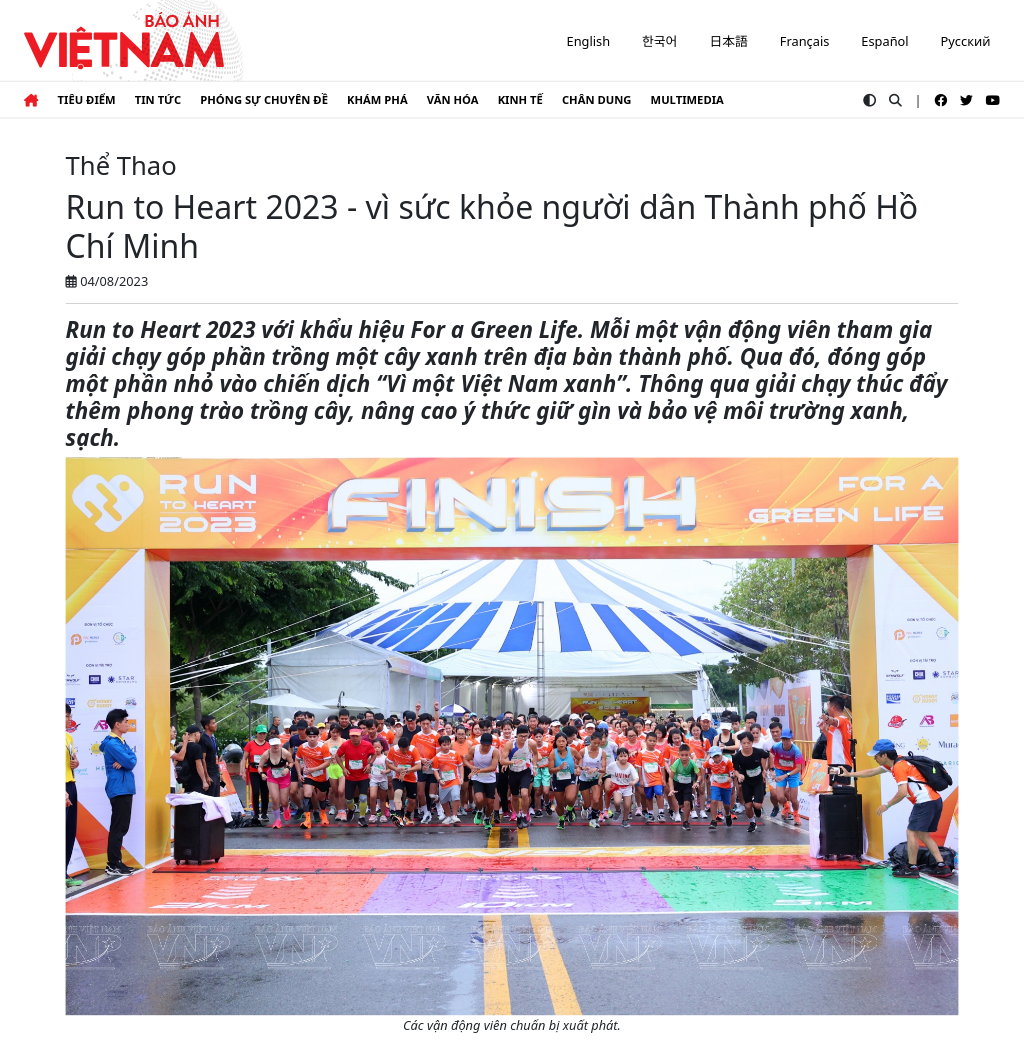
Repository: kietdotshp/webtintuc
Page: Detail.html
The author's editor kept a copy of each file at every save. The page is drawn from the files as they stood at one save, then again after the next save.
The browser window is 1280 px wide. The pictures show the whole page, at 80% of full size.
Some web libraries are served in a nearby version.

Above is the page before, as saved 2023-08-10 16:23:49.

### Detail.html
<!DOCTYPE html>
<html lang="en">

<head>
    <title></title>
    <meta charset="UTF-8">
    <meta name="viewport" content="width=device-width, initial-scale=1">
    <link href="assets/css/detail.css" rel="stylesheet">
    <link href="https://cdn.jsdelivr.net/npm/bootstrap@5.3.1/dist/css/bootstrap.min.css" rel="stylesheet"
        integrity="sha384-4bw+/aepP/YC94hEpVNVgiZdgIC5+VKNBQNGCHeKRQN+PtmoHDEXuppvnDJzQIu9" crossorigin="anonymous">
    <link href="https://cdn.jsdelivr.net/npm/bootstrap@5.3.1/dist/css/bootstrap.min.css" rel="stylesheet"
        integrity="sha384-4bw+/aepP/YC94hEpVNVgiZdgIC5+VKNBQNGCHeKRQN+PtmoHDEXuppvnDJzQIu9" crossorigin="anonymous" />
    <script src="https://cdn.jsdelivr.net/npm/bootstrap@5.3.1/dist/js/bootstrap.bundle.min.js"></script>
    <script src="https://kit.fontawesome.com/a076d05399.js"></script>
    <link rel="stylesheet" href="https://cdnjs.cloudflare.com/ajax/libs/font-awesome/6.4.2/css/all.min.css"
        integrity="sha512-z3gLpd7yknf1YoNbCzqRKc4qyor8gaKU1qmn+CShxbuBusANI9QpRohGBreCFkKxLhei6S9CQXFEbbKuqLg0DA=="
        crossorigin="anonymous" referrerpolicy="no-referrer" />

    <link rel="stylesheet" href="https://cdnjs.cloudflare.com/ajax/libs/font-awesome/4.7.0/css/font-awesome.min.css" />
</head>

<header>
    <div class="container-custom">
        <section class="d-flex align-items-center justify-content-between">
            <!-- Web logo -->
            <figure class="web-logo">
                <img src="./assets/images/logo-vi.svg" alt="Logo" class="img-contain" />
            </figure>

            <div class="d-none d-lg-flex align-items-center gap-3">
                <a href="javascript:void(0)" class="choose-lang">English</a>
                <a href="javascript:void(0)" class="choose-lang">한국어</a>
                <a href="javascript:void(0)" class="choose-lang">日本語</a>
                <a href="javascript:void(0)" class="choose-lang">Français</a>
                <a href="javascript:void(0)" class="choose-lang">Español</a>
                <a href="javascript:void(0)" class="choose-lang">Русский</a>
            </div>

            <a class="mobile-menu d-lg-none" href="javascript:void(0)">
                <i class="fa-solid fa-bars-staggered fs-2"></i>
            </a>
        </section>
    </div>

    <div class="line-seperate-horizontal"></div>

    <div class="container-custom">
        <section class="d-flex align-items-center justify-content-between py-3 py-lg-0">
            <div class="d-flex align-items-center gap-4 gap-xxl-5">
                <a href="javascript:void(0)">
                    <i class="fa-solid fa-house-chimney color-primary"></i>
                </a>

                <div class="d-none d-lg-flex align-items-center gap-4 gap-xxl-5">
                    <a href="javascript:void(0)" class="menu-item">Tiêu điểm</a>
                    <a href="javascript:void(0)" class="menu-item">Tin tức</a>
                    <a href="javascript:void(0)" class="menu-item">Phóng sự chuyên đề</a>
                    <a href="javascript:void(0)" class="menu-item">Khám phá</a>
                    <a href="javascript:void(0)" class="menu-item">Văn hóa</a>
                    <a href="javascript:void(0)" class="menu-item">Kinh tế</a>
                    <a href="javascript:void(0)" class="menu-item">Chân dung</a>
                    <a href="javascript:void(0)" class="menu-item">Multimedia</a>
                </div>
            </div>

            <div class="d-flex align-items-center gap-3">
                <div class="d-flex align-items-center gap-3">
                    <div class="cursor-pointer">
                        <i class="fa-solid fa-circle-half-stroke"></i>
                    </div>
                    <div class="cursor-pointer">
                        <i class="fa-solid fa-magnifying-glass"></i>
                    </div>
                </div>

                <div class="d-lg-none d-xl-block">|</div>

                <div class="d-lg-none d-xl-flex align-items-center gap-3">
                    <a href="javascript:void(0)">
                        <i class="fa-brands fa-facebook-f"></i>
                    </a>
                    <a href="javascript:void(0)">
                        <i class="fa-brands fa-twitter"></i>
                    </a>
                    <a href="javascript:void(0)">
                        <i class="fa-brands fa-youtube"></i>
                    </a>
                </div>
            </div>
        </section>
    </div>
</header>
<div class="line-seperate-horizontal"></div>

<body>
    <div class="container">
        <div class="detailmenu">
            <h2>
                <link href="#" target="kiểu mở liên kết">Thể Thao</link>
            </h2>
            <h1>Run to Heart 2023 - vì sức khỏe người dân Thành phố Hồ Chí Minh</h1>
            <div class="timeline">
                <time>
                    <i class="fa-regular fa-calendar"></i>
                    04/08/2023
                </time>
            </div>
            <hr />
        </div>
        <div>
            <h3>
                <span class="title">Run to Heart 2023 với khẩu hiệu For a Green Life.
                    Mỗi một vận động viên tham gia giải chạy góp phần trồng một cây xanh trên địa bàn thành phố.
                    Qua đó, đóng góp một phần nhỏ vào chiến dịch “Vì một Việt Nam xanh”. Thông qua giải chạy thúc đẩy
                    thêm phong trào trồng cây, nâng cao ý thức giữ gìn và bảo vệ môi trường xanh, sạch.
                </span>
            </h3>
            <img src="assets/images/detail1.jpg">
            <p style="color:darkbluel;text-align:center;font-style:italic;">Các vận động viên chuẩn bị xuất phát.
            </p>
            <div class="content1">
                <sp
            </div>
        </div>

    </div>
</body>

</html>

### assets/css/detail.css
:root {
    --main-color: #333;
    --main-red-color: #ed1c24;
    --main-white-color: #fff;
    --main-blue-color-1: #b8dcf3;
    --main-blue-color-2: #467491;
    --main-grey-color-1: #666;
    --main-grey-color-2: #888;
    --main-grey-color-3: #f0f0f0;
    --main-border-color: #e0e0e0;
  }

  /* Common */
  .body {
    display: flex;
    flex-direction: column;
    min-height: 100vh;
    font-size: 16px;
    color: var(--main-color);
    font-family: 'Roboto-Regular', sans-serif;
  }

  .img-cover {
    width: 100%;
    height: 100%;
    object-fit: cover;
  }

  .img-contain {
    width: 100%;
    height: 100%;
    object-fit: contain;
  }

  img {
    max-width: 100%;
    max-height: 100%;
  }

  a {
    text-decoration: none !important;
    color: initial !important;
  }

  .color-primary {
    color: var(--main-red-color);
  }

  .cursor-pointer {
    cursor: pointer;
  }

  .container-custom {
    max-width: 1400px;
    padding-inline: 15px;
    margin: 0 auto;

    @media (min-width: 768px) {
      padding-inline: 30px;
    }
  }

  .text-line-clamp-2 {
    display: -webkit-box;
    -webkit-line-clamp: 2;
    -webkit-box-orient: vertical;
    overflow: hidden;
  }

  .text-line-clamp-3 {
    display: -webkit-box;
    -webkit-line-clamp: 3;
    -webkit-box-orient: vertical;
    overflow: hidden;
  }

  .image-padding-top {
    position: relative;
    padding-top: 56.25%;
  }

  /* Header css */
  .web-logo {
    position: relative;
    padding-block: 14px;
    margin-bottom: 0;
    width: 150px;

    @media (min-width: 992px) {
      width: 250px;
    }
  }

  .web-logo::after {
    content: '';
    background: url('../images/earth-digital.svg') no-repeat;
    width: 100%;
    height: 100%;
    opacity: 0.2;
    position: absolute;
    right: -60px;
    top: 0;
  }

  .choose-lang {
    border-radius: 9999px;
    padding: 6px 12px;
  }

  .choose-lang:hover {
    background-color: var(--main-border-color);
  }

  .line-seperate-horizontal {
    width: 100%;
    height: 1px;
    background-color: #e0e0e0;
  }

  .line-seperate-vertical {
    width: 1px;
    height: 100%;
    background-color: #e0e0e0;
    margin: 0 auto;
  }

  .menu-item {
    text-transform: uppercase;
    font-weight: 700;
    font-size: 14px;
    position: relative;
    padding-block: 12px;
    white-space: nowrap;
  }

  .menu-item::before {
    content: '';
    position: absolute;
    top: -1px;
    left: 50%;
    right: 50%;
    transform: translate(-50%, 0);
    width: 0;
    height: 2px;
    background: var(--main-red-color);
    transition: all 0.2s linear;
  }

  .menu-item:hover:before {
    width: 100%;
  }

  /* Carousel */
  .carousel-item {
    position: absolute !important;
    top: 0;
    left: 0;
    width: 100%;
    height: 100%;
  }

  .carousel-control-next,
  .carousel-control-prev {
    width: 10% !important;
  }

  .carousel-control-prev,
  .carousel-control-next {
    opacity: 0 !important;
  }

  .carousel:hover .carousel-control-prev,
  .carousel:hover .carousel-control-next {
    transition: all 0.3s linear;
    opacity: 1 !important;
  }

  /* Main */
  .content {
    border: 1px solid var(--main-border-color);
    padding: 20px;
  }

  .content-spacing {
    margin-block: 40px;
  }

  .content-title {
    display: inline-block;
    color: var(--main-red-color);
    line-height: 26px;
    font-size: 26px;
    font-weight: 600;
    margin-bottom: 20px;
  }

  .article-title {
    font-size: 22px;
    font-weight: 600;
  }

  .article-title.sub {
    font-size: 16px;
  }

  .article-category {
    text-transform: uppercase;
    font-size: 12px;
    color: var(--main-grey-color-2);
  }

  .content-ul-list {
    padding-left: 20px;
    margin-bottom: 0;
    max-height: 480px;
    overflow: auto;
  }

  .content-ul-list li::marker {
    color: var(--main-red-color);
  }

  /* Spacing */
  .mb-10px {
    margin-bottom: 10px;
  }

  .max-w-40px {
    max-width: 40px !important;
  }
  .h2{
    color: var(--main-red-color);
  }
  .detailmenu{
    margin-top: 40px;
  }
  .title{
    font-weight: 700;
    font-style:italic;
  }
  .content1{
    font-size: 1.5rem;
    line-height: 1.5;
    margin: 20px auto;
  }

After the next save:
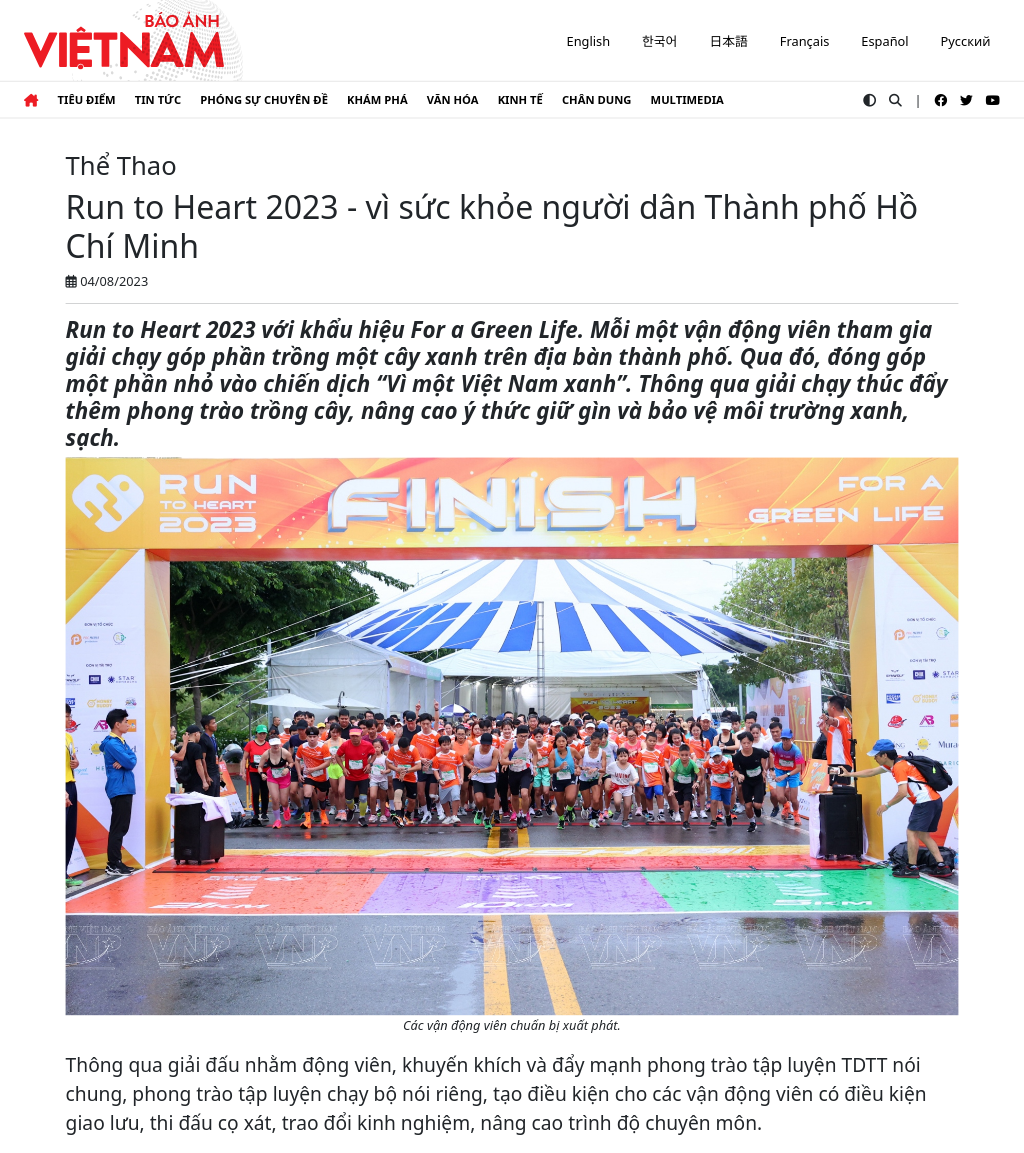
Saved 5 s later.
--- a/Detail.html
+++ b/Detail.html
@@ -119,7 +119,7 @@
             <p style="color:darkbluel;text-align:center;font-style:italic;">Các vận động viên chuẩn bị xuất phát.
             </p>
             <div class="content1">
-                <sp
+                <span>Thông qua giải đấu nhằm động viên, khuyến khích và đẩy mạnh phong trào tập luyện TDTT nói chung, phong trào tập luyện chạy bộ nói riêng, tạo điều kiện cho các vận động viên có điều kiện giao lưu, thi đấu cọ xát, trao đổi kinh nghiệm, nâng cao trình độ chuyên môn.</span>
             </div>
         </div>
 
